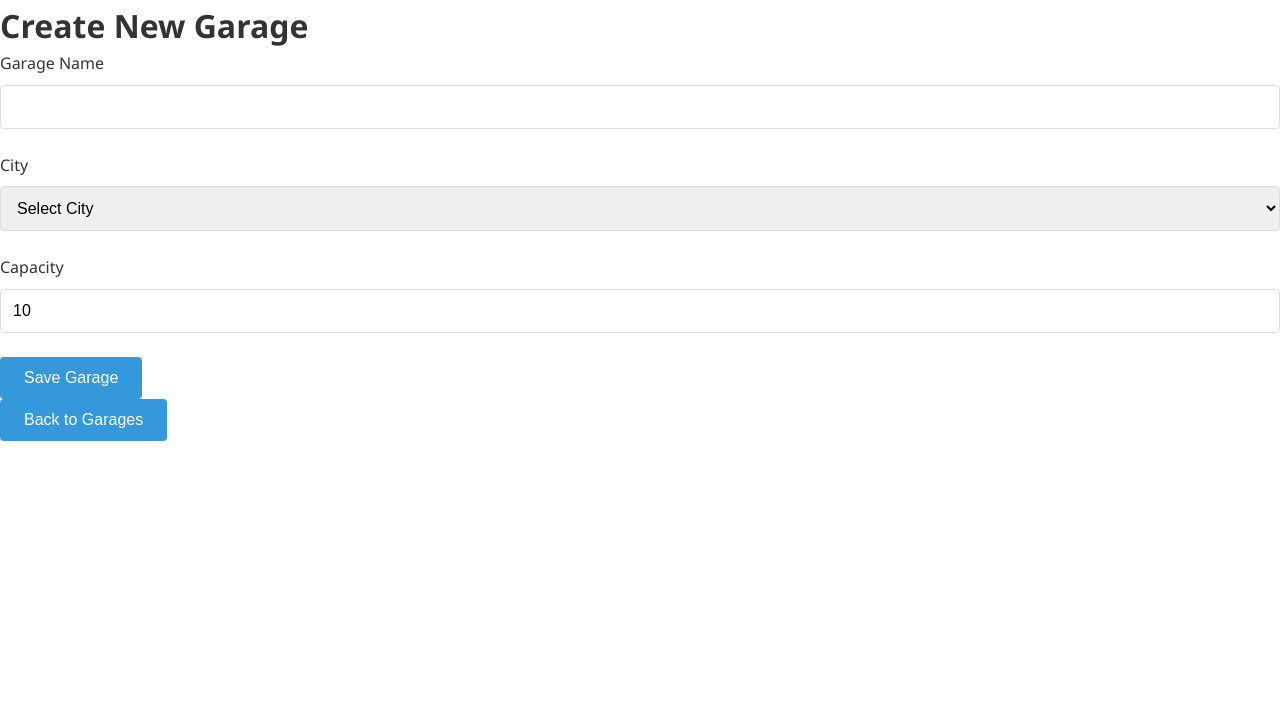
Repository: fevren2001/fleethub
Page: /garages/create (app in fleethub-frontend/)
These files come from the project's save history. The page is drawn as it stood at one moment and after the next save; the edit follows.
The browser window is 1280 px wide. The pictures show the whole page.
The page's requests for data from a server got no answer. The project was rebuilt for these pictures with package versions that can differ from the ones it lists, and the page was loaded fresh each time. No one was signed in, and anything a server would have sent is missing. Also part of the build but not shown: fleethub-frontend/vite.config.ts, fleethub-frontend/src/components/common/ProtectedRoute.tsx, fleethub-frontend/src/pages/Login.tsx, fleethub-frontend/src/api/deliveries.ts, fleethub-frontend/src/pages/Dashboard.tsx, fleethub-frontend/src/api/drivers.ts, fleethub-frontend/src/pages/Drivers/DriversList.tsx, fleethub-frontend/src/pages/Drivers/DriverDetail.tsx and 13 more.

Above is the page before, as saved 2025-07-20 01:19:19.

### fleethub-frontend/src/index.css
/* src/index.css */
:root {
  --primary-color: #2c3e50;
  --secondary-color: #3498db;
  --accent-color: #e74c3c;
  --text-color: #333;
  --light-bg: #f5f6fa;
  --border-color: #dcdde1;
}

* {
  margin: 0;
  padding: 0;
  box-sizing: border-box;
}

body {
  font-family: "Segoe UI", Tahoma, Geneva, Verdana, sans-serif;
  color: var(--text-color);
  line-height: 1.6;
}

/* Layout */
.app-container {
  display: flex;
  flex-direction: column;
  min-height: 100vh;
}

.navbar {
  background-color: var(--primary-color);
  color: white;
  padding: 1rem 2rem;
  display: flex;
  justify-content: space-between;
  align-items: center;
}

.navbar-brand a {
  color: white;
  font-size: 1.5rem;
  font-weight: bold;
  text-decoration: none;
}

.content-container {
  display: flex;
  flex: 1;
}

.sidebar {
  width: 250px;
  background-color: var(--light-bg);
  border-right: 1px solid var(--border-color);
  padding: 1rem 0;
}

.sidebar-menu {
  list-style: none;
}

.sidebar-menu li {
  margin-bottom: 0.5rem;
}

.sidebar-menu a {
  display: block;
  padding: 0.75rem 1.5rem;
  color: var(--text-color);
  text-decoration: none;
  transition: background-color 0.2s;
}

.sidebar-menu a:hover,
.sidebar-menu a.active {
  background-color: rgba(52, 152, 219, 0.1);
  color: var(--secondary-color);
}

.main-content {
  flex: 1;
  padding: 2rem;
  background-color: white;
}

/* Forms */
.form-group {
  margin-bottom: 1.5rem;
}

.form-group label {
  display: block;
  margin-bottom: 0.5rem;
  font-weight: 500;
}

.form-group input,
.form-group select,
.form-group textarea {
  width: 100%;
  padding: 0.75rem;
  border: 1px solid var(--border-color);
  border-radius: 4px;
  font-size: 1rem;
}

button {
  background-color: var(--secondary-color);
  color: white;
  border: none;
  padding: 0.75rem 1.5rem;
  border-radius: 4px;
  cursor: pointer;
  font-size: 1rem;
  transition: background-color 0.2s;
}

button:hover {
  background-color: #2980b9;
}

button:disabled {
  background-color: #95a5a6;
  cursor: not-allowed;
}

/* Tables */
.table-container {
  overflow-x: auto;
}

.data-table {
  width: 100%;
  border-collapse: collapse;
}

.data-table th,
.data-table td {
  padding: 0.75rem 1rem;
  text-align: left;
  border-bottom: 1px solid var(--border-color);
}

.data-table th {
  background-color: var(--light-bg);
  font-weight: 600;
}

/* Status badges */
.status-badge {
  display: inline-block;
  padding: 0.25rem 0.5rem;
  border-radius: 4px;
  font-size: 0.875rem;
  font-weight: 500;
}

.status-available {
  background-color: #2ecc71;
  color: white;
}

.status-on_delivery {
  background-color: #f39c12;
  color: white;
}

.status-off_duty {
  background-color: #95a5a6;
  color: white;
}

.status-inactive {
  background-color: #e74c3c;
  color: white;
}

/* Action buttons */
.action-button {
  display: inline-block;
  padding: 0.25rem 0.5rem;
  margin-right: 0.5rem;
  border-radius: 4px;
  text-decoration: none;
  font-size: 0.875rem;
}

.action-button.view {
  background-color: var(--secondary-color);
  color: white;
}

.action-button.edit {
  background-color: #f39c12;
  color: white;
}

/* Page header */
.page-header {
  display: flex;
  justify-content: space-between;
  align-items: center;
  margin-bottom: 2rem;
}

.add-button {
  background-color: var(--secondary-color);
  color: white;
  text-decoration: none;
  padding: 0.5rem 1rem;
  border-radius: 4px;
}

/* Login page */
.login-container {
  display: flex;
  justify-content: center;
  align-items: center;
  min-height: 100vh;
  background-color: var(--light-bg);
}

.login-form {
  background-color: white;
  padding: 2rem;
  border-radius: 8px;
  box-shadow: 0 4px 6px rgba(0, 0, 0, 0.1);
  width: 100%;
  max-width: 400px;
}

.login-form h1 {
  margin-bottom: 1.5rem;
  text-align: center;
}

.login-button {
  width: 100%;
  margin-top: 1rem;
}

/* Dashboard */
.stats-container {
  display: grid;
  grid-template-columns: repeat(auto-fill, minmax(250px, 1fr));
  gap: 1.5rem;
  margin-bottom: 2rem;
}

.stat-card {
  background-color: white;
  padding: 1.5rem;
  border-radius: 8px;
  box-shadow: 0 2px 4px rgba(0, 0, 0, 0.1);
}

.stat-card h3 {
  font-size: 1rem;
  color: #7f8c8d;
  margin-bottom: 0.5rem;
}

.stat-value {
  font-size: 2rem;
  font-weight: bold;
  color: var(--secondary-color);
}

/* Error message */
.error-message {
  background-color: #fadbd8;
  color: #c0392b;
  padding: 0.75rem;
  border-radius: 4px;
  margin-bottom: 1rem;
}

### fleethub-frontend/src/App.tsx
import React from 'react';
import { BrowserRouter, Routes, Route, Navigate } from 'react-router-dom';
import { AuthProvider } from './context/AuthContext';
import ProtectedRoute from './components/common/ProtectedRoute';

// Pages
import Login from './pages/Login';
import Dashboard from './pages/Dashboard';

// Driver Pages
import DriversList from './pages/Drivers/DriversList';
import DriverDetail from './pages/Drivers/DriverDetail';
import CreateDriver from './pages/Drivers/CreateDriver';
import DriverEdit from './pages/Drivers/DriverEdit';

// Truck Pages
import TrucksList from './pages/Trucks/TrucksList';
import TruckDetail from './pages/Trucks/TruckDetail';
import CreateTruck from './pages/Trucks/CreateTruck';
import TruckEdit from './pages/Trucks/TruckEdit';

// Garage Pages
import GaragesList from './pages/Garages/GaragesList';
import GarageDetail from './pages/Garages/GarageDetail';
import CreateGarage from './pages/Garages/CreateGarage';
import GarageEdit from './pages/Garages/GarageEdit';

// Deliveries Page
import DeliveriesList from './pages/Deliveries/DeliveriesList';

function App() {
  return (
    <AuthProvider>
      <BrowserRouter>
        <Routes>
          <Route path="/login" element={<Login />} />

          <Route path="/" element={
            <ProtectedRoute>
              <Dashboard />
            </ProtectedRoute>
          } />

          {/* Driver Routes */}
          <Route path="/drivers" element={<DriversList />} />
          <Route path="/drivers/new" element={<CreateDriver />} />
          <Route path="/drivers/:id" element={<DriverDetail />} />
          <Route path="/drivers/:id/edit" element={<DriverEdit />} />

          {/* Truck Routes */}
          <Route path="/trucks" element={<TrucksList />} />
          {/* <Route path="/trucks/create" element={<CreateTruck />} /> */}
          <Route path="/trucks/new" element={<CreateTruck />} />

          <Route path="/trucks/:id" element={<TruckDetail />} />
          <Route path="/trucks/edit/:id" element={<TruckEdit />} />

          {/* Garage Routes */}
          <Route path="/garages" element={<GaragesList />} />
          <Route path="/garages/create" element={<CreateGarage />} />
          <Route path="/garages/:id" element={<GarageDetail />} />
          <Route path="/garages/edit/:id" element={<GarageEdit />} />

          {/* Deliveries Route */}
          <Route path="/deliveries" element={<DeliveriesList />} />

          <Route path="*" element={<Navigate to="/" replace />} />
        </Routes>
      </BrowserRouter>
    </AuthProvider>
  );
}

export default App;

### fleethub-frontend/src/context/AuthContext.tsx
// src/context/AuthContext.tsx
import React, { createContext, useState, useEffect } from 'react';
import { login as apiLogin, getCurrentUser } from '../api/auth';

interface AuthContextType {
  user: any | null;
  isAuthenticated: boolean;
  isLoading: boolean;
  login: (email: string, password: string) => Promise<void>;
  logout: () => void;
}

export const AuthContext = createContext<AuthContextType>({} as AuthContextType);

export const AuthProvider: React.FC<{children: React.ReactNode}> = ({ children }) => {
  const [user, setUser] = useState<any | null>(null);
  const [isLoading, setIsLoading] = useState(true);

  useEffect(() => {
    const checkAuth = async () => {
      const token = localStorage.getItem('token');
      if (token) {
        try {
          const userData = await getCurrentUser();
          setUser(userData);
        } catch (error) {
          localStorage.removeItem('token');
        }
      }
      setIsLoading(false);
    };

    checkAuth();
  }, []);

  const login = async (email: string, password: string) => {
    setIsLoading(true);
    try {
      const { token, user } = await apiLogin({ email, password });
      localStorage.setItem('token', token);
      setUser(user);
    } finally {
      setIsLoading(false);
    }
  };

  const logout = () => {
    localStorage.removeItem('token');
    setUser(null);
  };

  return (
    <AuthContext.Provider value={{ user, isAuthenticated: !!user, isLoading, login, logout }}>
      {children}
    </AuthContext.Provider>
  );
};

### fleethub-frontend/src/pages/Garages/CreateGarage.tsx
import React, { useState } from 'react';
import { useNavigate } from 'react-router-dom';
import GarageForm from '../../components/garages/GarageForm';
import { createGarage } from '../../api/garages';
import { GarageFormData } from '../../types/garage';

const CreateGarage: React.FC = () => {
  const navigate = useNavigate();
  const [isSubmitting, setIsSubmitting] = useState(false);
  const [error, setError] = useState<string | null>(null);

  const handleSubmit = async (data: GarageFormData) => {
    setIsSubmitting(true);
    setError(null);

    try {
      await createGarage(data);
      navigate('/garages');
    } catch (err) {
      console.error('Failed to create garage:', err);
      setError('Failed to create garage. Please try again.');
    } finally {
      setIsSubmitting(false);
    }
  };

  return (
    <div className="create-garage-container">
      <h1>Create New Garage</h1>
      {error && <div className="error-message">{error}</div>}
      <GarageForm onSubmit={handleSubmit} isSubmitting={isSubmitting} />
      <button
        className="back-button"
        onClick={() => navigate('/garages')}
      >
        Back to Garages
      </button>
    </div>
  );
};

export default CreateGarage;

### fleethub-frontend/src/api/auth.ts
// src/api/auth.ts
import apiClient from './apiClient';

export interface LoginCredentials {
  email: string;
  password: string;
}

export interface AuthResponse {
  token: string;
  user: any;
}

export const login = async (credentials: LoginCredentials): Promise<AuthResponse> => {
  const response = await apiClient.post<AuthResponse>('/auth/login', credentials);
  return response.data;
};

export const register = async (userData: any): Promise<AuthResponse> => {
  const response = await apiClient.post<AuthResponse>('/auth/register', userData);
  return response.data;
};

export const getCurrentUser = async (): Promise<any> => {
  const response = await apiClient.get('/auth/me');
  return response.data;
};

### fleethub-frontend/src/api/garages.ts
import apiClient from './apiClient';
import { Garage, CreateGaragePayload, UpdateGaragePayload } from '../types/garage';

export const getAllGarages = async (): Promise<Garage[]> => {
  const response = await apiClient.get<Garage[]>('/garages');
  return response.data;
};

export const getGarageById = async (id: string): Promise<Garage> => {
  const response = await apiClient.get<Garage>(`/garages/${id}`);
  return response.data;
};

export const createGarage = async (garageData: CreateGaragePayload): Promise<Garage> => {
  const response = await apiClient.post<Garage>('/garages', garageData);
  return response.data;
};

export const updateGarage = async (id: number, garageData: UpdateGaragePayload): Promise<Garage> => {
  const response = await apiClient.put<Garage>(`/garages/${id}`, garageData);
  return response.data;
};

export const deleteGarage = async (id: string): Promise<void> => {
  await apiClient.delete(`/garages/${id}`);
};

export const fetchGarages = getAllGarages; // Alias for compatibility

export const getSupportedCities = async (): Promise<{ name: string }[]> => {
  const response = await apiClient.get('/deliveries/cities');
  return response.data;
};

### fleethub-frontend/src/components/garages/GarageForm.tsx
import React, { useState } from 'react';
import { Garage, GarageFormData, GarageStatus } from '../../types/garage';
import { getSupportedCities } from '../../api/garages';

interface GarageFormProps {
  initialData?: Partial<Garage>;
  onSubmit: (data: GarageFormData) => void;
  isSubmitting: boolean;
}

const GarageForm: React.FC<GarageFormProps> = ({ initialData = {}, onSubmit, isSubmitting }) => {
  const [formData, setFormData] = useState<GarageFormData>({
    name: initialData.name || '',
    location: initialData.location || '',
    capacity: initialData.capacity || 10,
    status: initialData.status || 'active',
    occupancy: initialData.occupancy || 0
  });
  const [cities, setCities] = useState<{ name: string }[]>([]);
  React.useEffect(() => {
    getSupportedCities().then(setCities);
  }, []);

  const handleChange = (e: React.ChangeEvent<HTMLInputElement | HTMLSelectElement>) => {
    const { name, value, type } = e.target;

    if (name === 'capacity' || name === 'occupancy') {
      setFormData(prev => ({ ...prev, [name]: Number(value) }));
    } else {
      setFormData(prev => ({ ...prev, [name]: value }));
    }
  };

  const handleSubmit = (e: React.FormEvent) => {
    e.preventDefault();
    onSubmit(formData);
  };

  const isEditing = !!initialData.id;

  return (
    <form onSubmit={handleSubmit} className="garage-form">
      <div className="form-group">
        <label htmlFor="name">Garage Name</label>
        <input
          id="name"
          name="name"
          type="text"
          value={formData.name}
          onChange={handleChange}
          required
        />
      </div>

      <div className="form-group">
        <label htmlFor="location">City</label>
        <select
          id="location"
          name="location"
          value={formData.location}
          onChange={handleChange}
          required
        >
          <option value="">Select City</option>
          {cities.map(city => (
            <option key={city.name} value={city.name}>{city.name}</option>
          ))}
        </select>
      </div>

      <div className="form-group">
        <label htmlFor="capacity">Capacity</label>
        <input
          id="capacity"
          name="capacity"
          type="number"
          min="1"
          value={formData.capacity}
          onChange={handleChange}
          required
        />
      </div>

      {isEditing && (
        <>
          <div className="form-group">
            <label htmlFor="status">Status</label>
            <select
              id="status"
              name="status"
              value={formData.status}
              onChange={handleChange}
            >
              <option value="active">Active</option>
              <option value="inactive">Inactive</option>
              <option value="under maintenance">Under Maintenance</option>
            </select>
          </div>

          <div className="form-group">
            <label htmlFor="occupancy">Current Occupancy</label>
            <input
              id="occupancy"
              name="occupancy"
              type="number"
              min="0"
              max={formData.capacity}
              value={formData.occupancy}
              onChange={handleChange}
            />
          </div>
        </>
      )}

      <button type="submit" className="submit-button" disabled={isSubmitting}>
        {isSubmitting ? 'Saving...' : isEditing ? 'Update Garage' : 'Save Garage'}
      </button>
    </form>
  );
};

export default GarageForm;

### fleethub-frontend/src/api/apiClient.ts
// src/api/apiClient.ts
import axios from 'axios';

const apiClient = axios.create({
  baseURL: 'http://localhost:5000', // adjust to your backend URL
  headers: {
    'Content-Type': 'application/json',
  },
});

apiClient.interceptors.request.use(
  (config) => {
    const token = localStorage.getItem('token');
    if (token) {
      config.headers.Authorization = `Bearer ${token}`;
    }
    return config;
  },
  (error) => Promise.reject(error)
);

export default apiClient;

### fleethub-frontend/src/hooks/useAuth.ts
// src/hooks/useAuth.ts
import { useContext } from 'react';
import { AuthContext } from '../context/AuthContext';

export const useAuth = () => {
  const context = useContext(AuthContext);
  if (context === undefined) {
    throw new Error('useAuth must be used within an AuthProvider');
  }
  return context;
};

### fleethub-frontend/src/components/common/MainLayout.tsx
// src/components/common/MainLayout.tsx
import React from 'react';
import Navbar from './Navbar';
import Sidebar from './Sidebar';

interface MainLayoutProps {
  children: React.ReactNode;
}

const MainLayout: React.FC<MainLayoutProps> = ({ children }) => {
  return (
    <div className="app-container">
      <Navbar />
      <div className="content-container">
        <Sidebar />
        <main className="main-content">
          {children}
        </main>
      </div>
    </div>
  );
};

export default MainLayout;

### fleethub-frontend/src/components/common/Navbar.tsx
// src/components/common/Navbar.tsx
import React from 'react';
import { Link } from 'react-router-dom';
import { useAuth } from '../../hooks/useAuth';

const Navbar: React.FC = () => {
  const { user, logout } = useAuth();

  return (
    <nav className="navbar">
      <div className="navbar-brand">
        <Link to="/">FleetHub</Link>
      </div>

      <div className="navbar-menu">
        {user && (
          <div className="user-menu">
            <span>Welcome, {user.name}</span>
            <button onClick={logout}>Logout</button>
          </div>
        )}
      </div>
    </nav>
  );
};

export default Navbar;

### fleethub-frontend/src/components/common/Sidebar.tsx
// src/components/common/Sidebar.tsx
import React from 'react';
import { NavLink } from 'react-router-dom';

const Sidebar: React.FC = () => {
  return (
    <aside className="sidebar">
      <ul className="sidebar-menu">
        <li>
          <NavLink to="/" end>Dashboard</NavLink>
        </li>
        <li>
          <NavLink to="/drivers">Drivers</NavLink>
        </li>
        <li>
          <NavLink to="/trucks">Trucks</NavLink>
        </li>
        <li>
          <NavLink to="/garages">Garages</NavLink>
        </li>
        <li>
          <NavLink to="/deliveries">Deliveries</NavLink>
        </li>
      </ul>
    </aside>
  );
};

export default Sidebar;

Loaded but not shown: fleethub-frontend/index.html (common file); fleethub-frontend/src/main.tsx (common file)

After the next save:
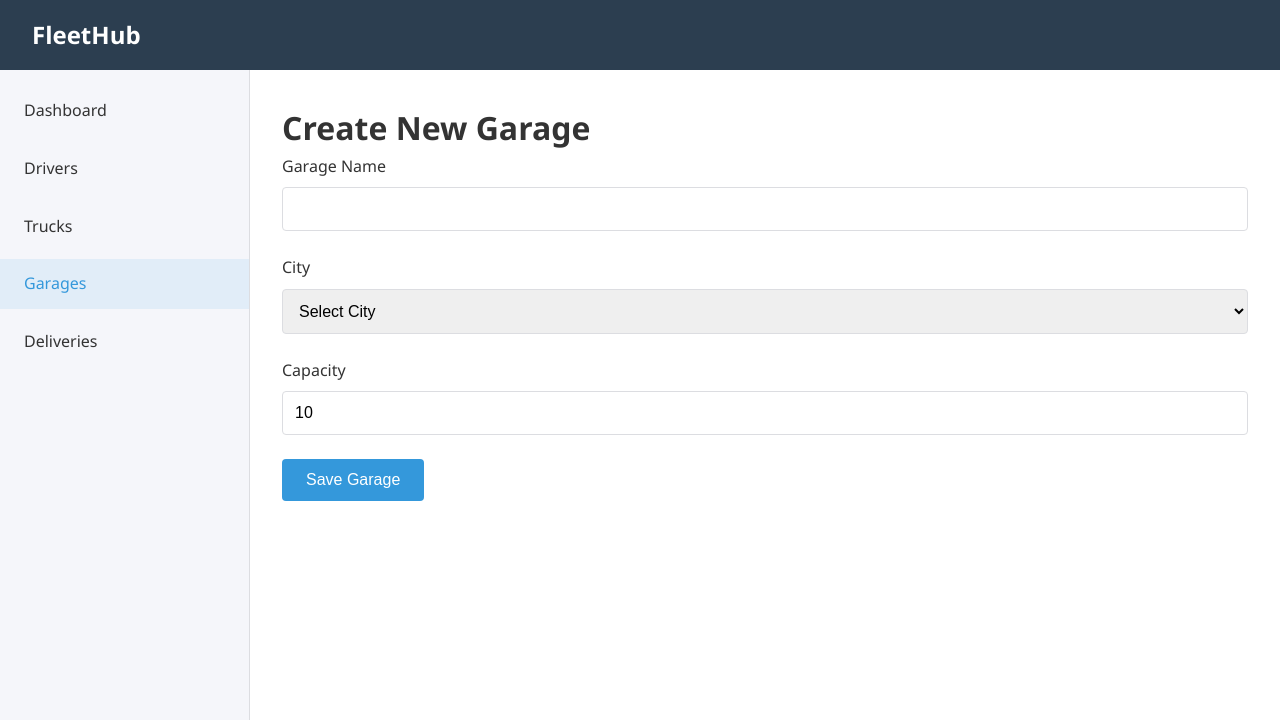
Saved 45 h 13 min later.
--- a/fleethub-frontend/src/pages/Garages/CreateGarage.tsx
+++ b/fleethub-frontend/src/pages/Garages/CreateGarage.tsx
@@ -3,6 +3,7 @@ import { useNavigate } from 'react-router-dom';
 import GarageForm from '../../components/garages/GarageForm';
 import { createGarage } from '../../api/garages';
 import { GarageFormData } from '../../types/garage';
+import MainLayout from '../../components/common/MainLayout';
 
 const CreateGarage: React.FC = () => {
   const navigate = useNavigate();
@@ -25,17 +26,13 @@ const CreateGarage: React.FC = () => {
   };
 
   return (
-    <div className="create-garage-container">
-      <h1>Create New Garage</h1>
-      {error && <div className="error-message">{error}</div>}
-      <GarageForm onSubmit={handleSubmit} isSubmitting={isSubmitting} />
-      <button
-        className="back-button"
-        onClick={() => navigate('/garages')}
-      >
-        Back to Garages
-      </button>
-    </div>
+    <MainLayout>
+      <div className="create-garage-container">
+        <h1>Create New Garage</h1>
+        {error && <div className="error-message">{error}</div>}
+        <GarageForm onSubmit={handleSubmit} isSubmitting={isSubmitting} />
+      </div>
+    </MainLayout>
   );
 };
 
